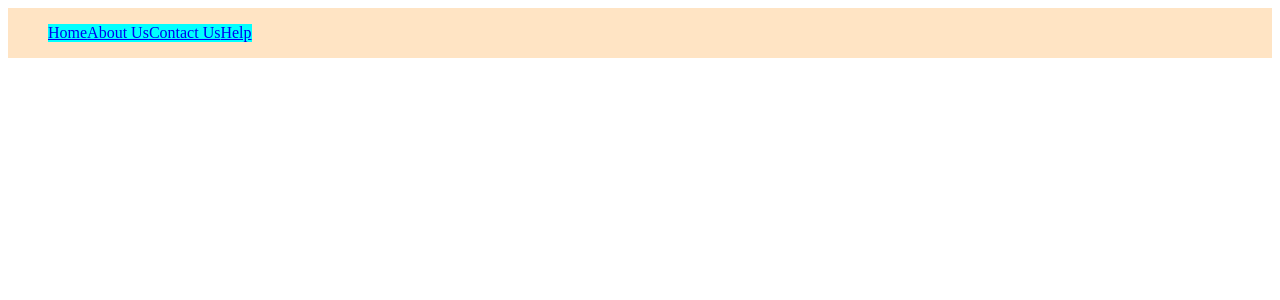
Repository: rakeshkolpepatil/CSS_Apana_College
Page: index.html
An editor plug-in stored every save of this project. The page is shown before and after the next save, followed by the edit.
The browser window is 1280 px wide. The pictures show the whole page.

Above is the page before, as saved 2023-06-24 23:04:23.

### index.html
<!DOCTYPE html>
<html lang="en">
<head>
  <meta charset="UTF-8">
  <meta name="viewport" content="width=device-width, initial-scale=1.0">
  <title>Practice Set 6</title>
  <link rel="stylesheet" href="styleEight.css"/>
</head>
<body>
  <div class="navbar">
    <ul class="navbar">
      <li> <a class="li" href="#"> Home </a> </li>
      <li> <a class="li" href="#"> About Us </a> </li>
      <li> <a class="li" href="#"> Contact Us </a> </li>
      <li> <a class="li" href="#"> Help </a> </li>
    </ul>
  </div>
</body>
</html>

### styleEight.css
ul{
  list-style-type: none;
}

.navbar{
  display: flex;
  justify-content: space-between;
  background-color:bisque
}
li{
  text-decoration: none;
  background-color:aqua;
  /* display: inline; */
}

After the next save:
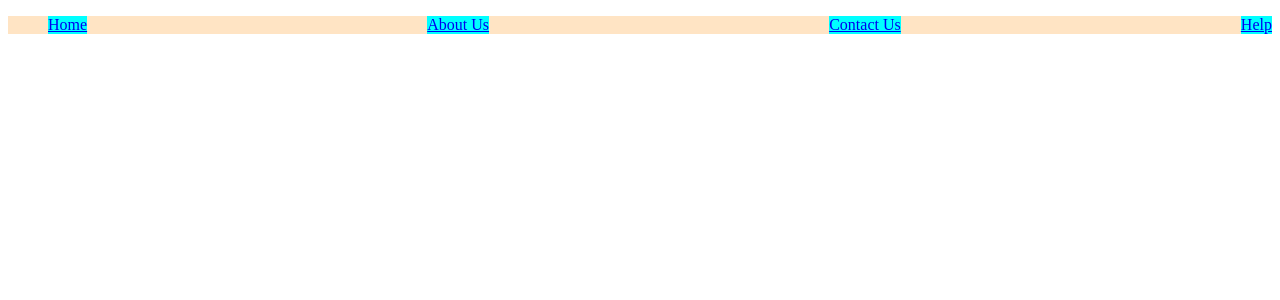
Saved 14 s later.
--- a/index.html
+++ b/index.html
@@ -7,7 +7,7 @@
   <link rel="stylesheet" href="styleEight.css"/>
 </head>
 <body>
-  <div class="navbar">
+  <div>
     <ul class="navbar">
       <li> <a class="li" href="#"> Home </a> </li>
       <li> <a class="li" href="#"> About Us </a> </li>
